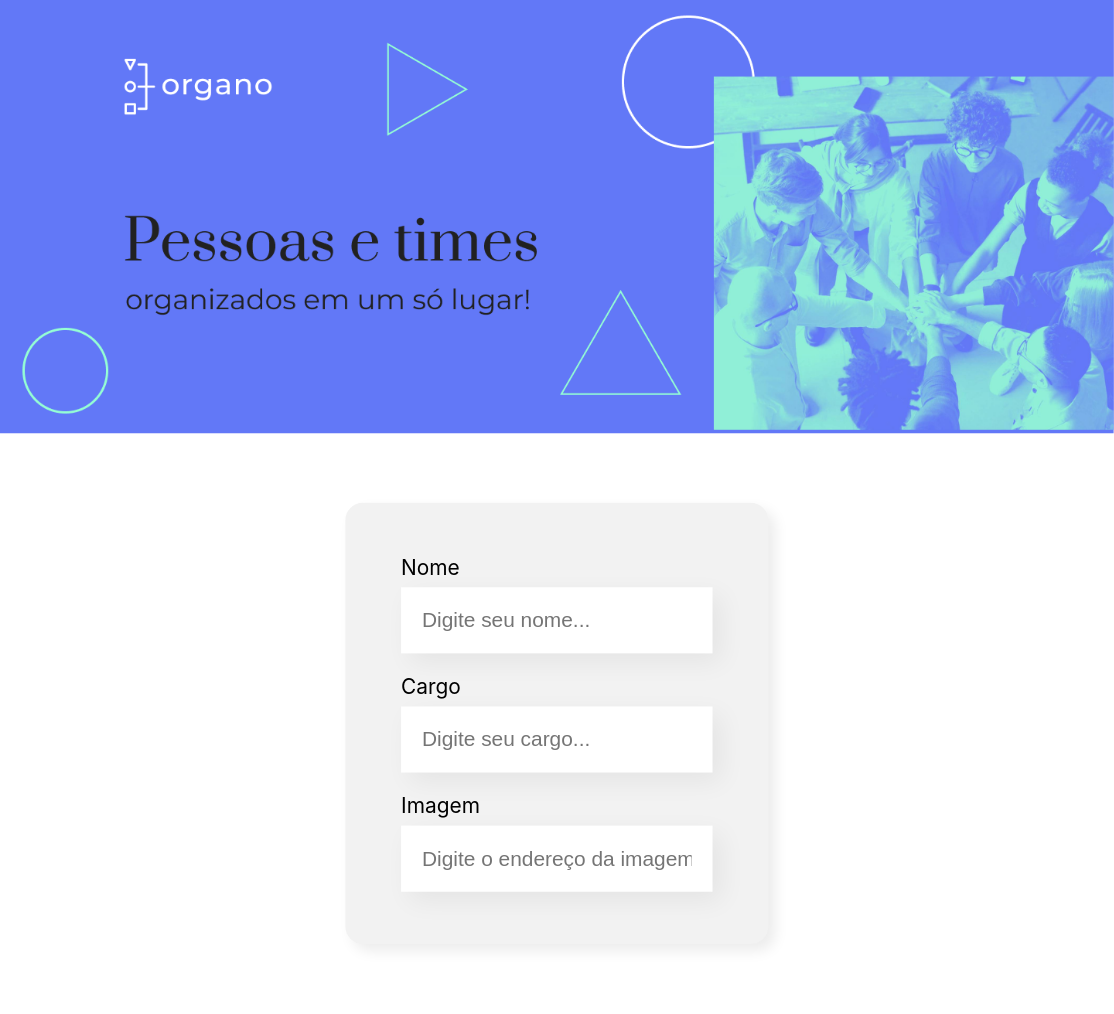
Repository: humbertobrasileiro/organo
Page: /
The author's editor kept a copy of each file at every save. The page is drawn from the files as they stood at one save, then again after the next save.
The browser window is 1280 px wide. The pictures show the whole page, at 87% of full size.
The project was rebuilt for these pictures with package versions that can differ from the ones it lists, and the page was loaded fresh each time.

Above is the page before, as saved 2025-01-23 08:45:06.

### src/App.js
import Banner from './componentes/Banner';
import Formulario from './componentes/Formulario';

function App() {
  return (
    <div className="App">
      <Banner />
      <Formulario />
  </div>
  );
}

export default App;

### src/componentes/Banner/index.js
import { Banner } from "./Banner";

export default Banner;

### src/componentes/Formulario/index.js
import CampoTexto from "../CampoTexto";
import "./Formulario.css";

const Formulario = () => {
  return (
    <section className="formulario">
      <form>
        <CampoTexto label="Nome" placeholder="Digite seu nome" />
        <CampoTexto label="Cargo" placeholder="Digite seu cargo" />
        <CampoTexto label="Imagem" placeholder="Digite o endereço da imagem" />
      </form>
    </section>
  );
};

export default Formulario;

### src/componentes/Banner/Banner.js
import "./Banner.css";

export const Banner = () => {
  return (
    <header className="banner">
      <img
        src="/imagens/banner.png"
        alt="O banner principal da página do Organo"
      />
    </header>
  );
};

### src/componentes/CampoTexto/index.js
import "./CampoTexto.css";

const CampoTexto = (props) => {
  const placeholderModificado = `${props.placeholder}...`;
  return (
    <div className="campo-texto">
      <label>{props.label}</label>
      <input type="text" placeholder={placeholderModificado} />
    </div>
  );
};

export default CampoTexto;

### src/componentes/Formulario/Formulario.css
.formulario {
  display: flex;
  justify-content: center;
  margin: 80px 0;
}

.formulario form {
  max-width: 80%;
  background-color: #F2F2F2;
  border-radius: 20px;
  padding: 36px 64px;
  box-shadow: 8px 8px 16px rgba(0, 0, 0, 0.08);
}

### src/componentes/Banner/Banner.css
.banner {
  background-color: #6278F7;
  text-align: center;
}

.banner img {
  max-width: 100%;
}

### src/componentes/CampoTexto/CampoTexto.css
.campo-texto {
  margin: 24px 0;
}

.campo-texto label {
  display: block;
  margin-bottom: 8px;
  font-size: 24px;
}

.campo-texto input {
  background-color: #FFF;
  box-shadow: 10px 10px 30px rgba(0, 0, 0, 0.06);
  width: 100%;
  border: none;
  font-size: 24px;
  padding: 24px;
  box-sizing: border-box;
}

Loaded but not shown: public/index.html (common file); src/index.js (common file); src/index.css (common file)

After the next save:
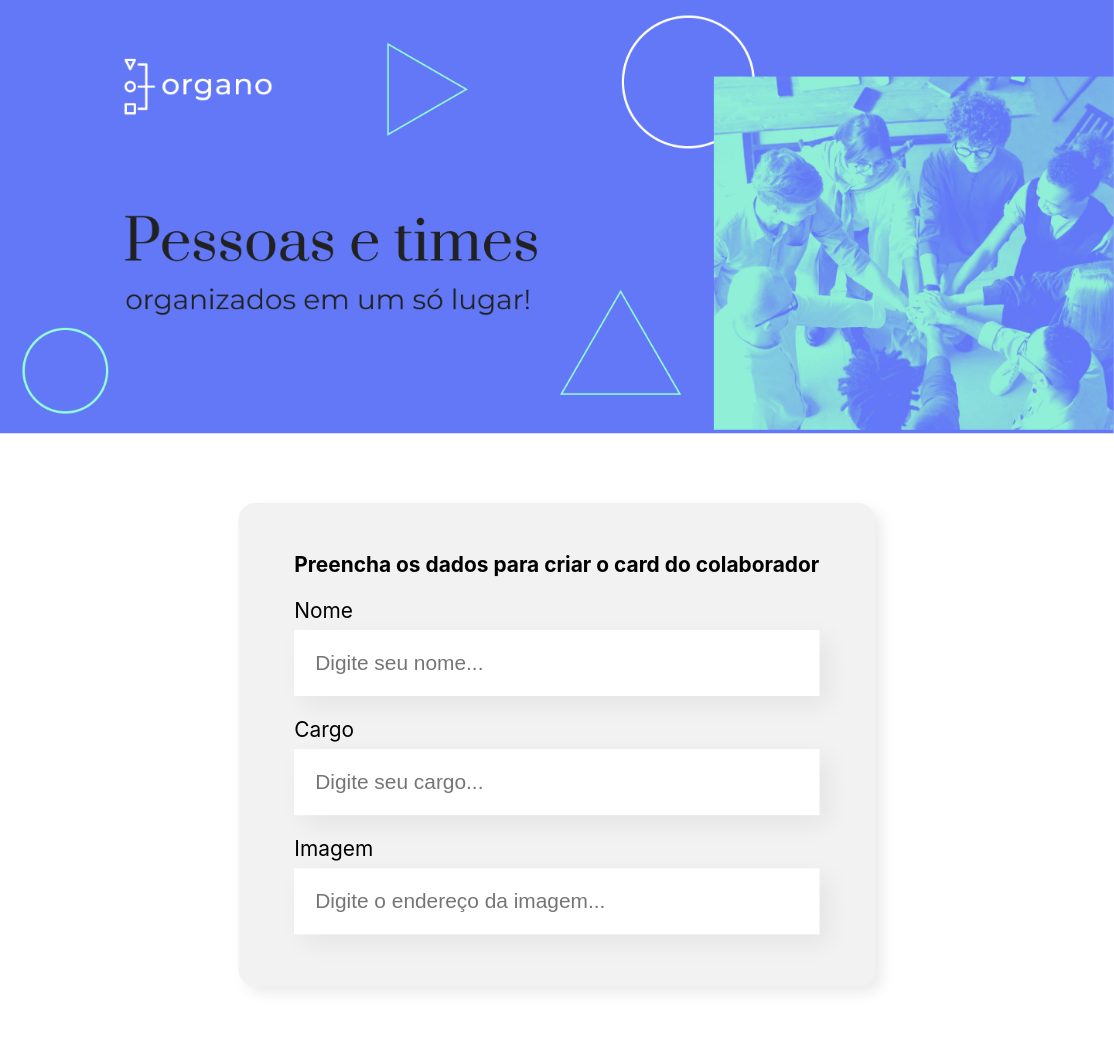
Saved 4 min 46 s later.
--- a/src/componentes/Formulario/index.js
+++ b/src/componentes/Formulario/index.js
@@ -5,6 +5,7 @@ const Formulario = () => {
   return (
     <section className="formulario">
       <form>
+        <h2>Preencha os dados para criar o card do colaborador</h2>
         <CampoTexto label="Nome" placeholder="Digite seu nome" />
         <CampoTexto label="Cargo" placeholder="Digite seu cargo" />
         <CampoTexto label="Imagem" placeholder="Digite o endereço da imagem" />
